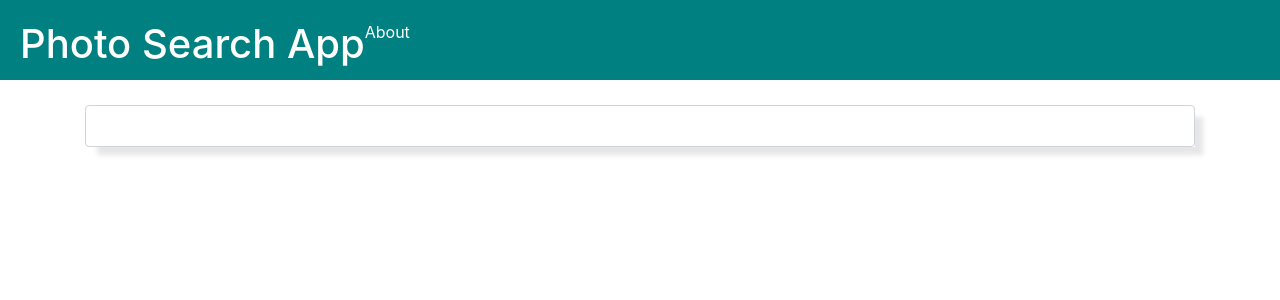
Repository: lamilekan263/photoapp
Page: /
These files come from the project's save history. The page is drawn as it stood at one moment and after the next save; the edit follows.
The browser window is 1280 px wide. The pictures show the whole page.
The project was rebuilt for these pictures with package versions that can differ from the ones it lists, and the page was loaded fresh each time. Also part of the build but not shown: src/components/ImageCard/ImageCard.scss, src/components/ImageCard/ImageCard.js, src/components/imageList/imageList.scss, src/components/imageList/imageList.js.

Above is the page before, as saved 2020-08-26 12:13:13.

### public/index.html
<!DOCTYPE html>
<html lang="en">
  <head>
    <meta charset="utf-8" />
    <link rel="icon" href="%PUBLIC_URL%/favicon.ico" />
    <meta name="viewport" content="width=device-width, initial-scale=1" />
    <meta name="theme-color" content="#000000" />
    <meta
      name="description"
      content="Web site created using create-react-app"
    />

    <title>photo App</title>
  </head>
  <body>
    <noscript>You need to enable JavaScript to run this app.</noscript>
    <div id="root"></div>
  </body>
</html>

### src/index.js
import React from 'react';
import  ReactDOM from 'react-dom';
import 'bootstrap/dist/css/bootstrap.min.css';
import App from './App'


ReactDOM.render(
    <App/>,
    document.getElementById('root')
);

### src/App.js
import React from 'react';
import axios from 'axios'

import Header from './components/Header/Header'
import ImageList from './components/imageList/imageList'
import SearchBar from './components/searchBar/searchBar'

class App extends React.Component{
    state = {
        myImages : []
    }

    submitHandler = async (term) =>{
        const response = await axios.get('https://api.unsplash.com/search/photos', {
            params:{
                query: term
            },
            headers:{
                Authorization: 'Client-ID _EmXfMw4Ntd6F7SPo61DuogZ6sF5nsEsRHfLanqGI0M'
            }
        })
        this.setState({myImages : response.data.results})
        console.log(this.state.myImages)
    }
    render(){
        return(
           <React.Fragment>
               <Header />
                <SearchBar onSubmit = {this.submitHandler}/>
                <ImageList images ={this.state.myImages} />
           </React.Fragment>
        )
    }
}



export default App

### src/components/Header/Header.js
import React from 'react';

// import { Link} from 'react-router-dom'
import './Header.scss'

const Header = () =>{
    return(
        <div>
            <nav>
                <div className="brand">
                    <h1>Photo Search App</h1>
                </div>
                <div>
                    <p>About</p>
                </div>
            </nav>
        </div>
    )
}

export default Header

### src/components/searchBar/searchBar.js
import React from 'react'

import './searchBar.scss'

class SearchBar extends React.Component{
    state = {
        searchTerm : ''
    }

    onChangeHandler = (e) =>{
        this.setState({ searchTerm : e.target.value})
    }
    onSubmitHandler = (e)=>{
        e.preventDefault()
        this.props.onSubmit(this.state.searchTerm)
        this.setState({searchTerm : ''})
    }
    render(){
        return(
            <div className="container">
                <form onSubmit = {this.onSubmitHandler  }>
                    <div className="form-group">
                        <input type="text"
                        className="form-control"
                        onChange ={ this.onChangeHandler }
                        value = {this.state.searchTerm}
                        />
                    </div>
                </form>
            </div>
        )
    }

}

export default SearchBar

### src/components/Header/Header.scss
nav{
    width: 100%;
    height: 80px;
    background-color: teal;
    color:#fff;
    padding:20px;
    margin-bottom:25px;
    display:flex;
    flex-direction:row;
    justify-content:space

    .brand{
        p{
            font-family: 'Lucida Sans', 'Lucida Sans Regular', 'Lucida Grande', 'Lucida Sans Unicode', Geneva, Verdana, sans-serif;
        }
    }
}

### src/components/searchBar/searchBar.scss
form{
    margin:25px 0;
    -webkit-box-shadow: 10px 10px 5px -2px rgba(230,230,230,1);
    -moz-box-shadow: 10px 10px 5px -2px rgba(230,230,230,1);
    box-shadow: 10px 10px 5px -2px rgba(230,230,230,1);
    .form-group{
        input{
            padding:20px;
            width: 100%;

        }
    }
}

After the next save:
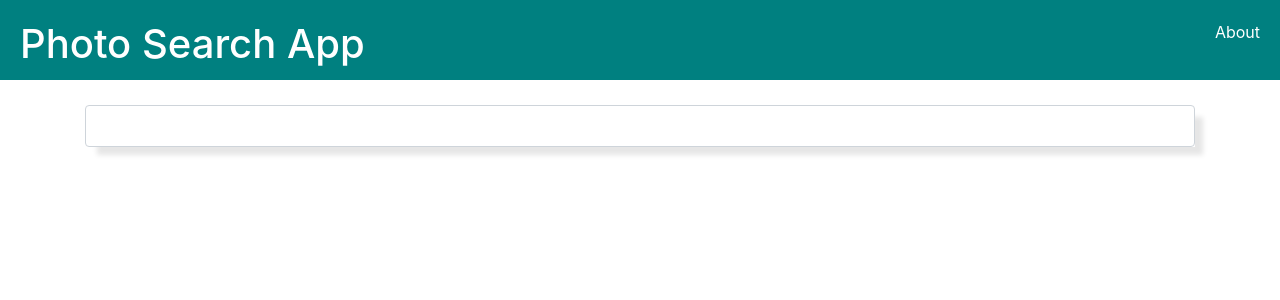
Saved 6 s later.
--- a/src/components/Header/Header.scss
+++ b/src/components/Header/Header.scss
@@ -7,7 +7,7 @@ nav{
     margin-bottom:25px;
     display:flex;
     flex-direction:row;
-    justify-content:space
+    justify-content:space-between;
 
     .brand{
         p{
